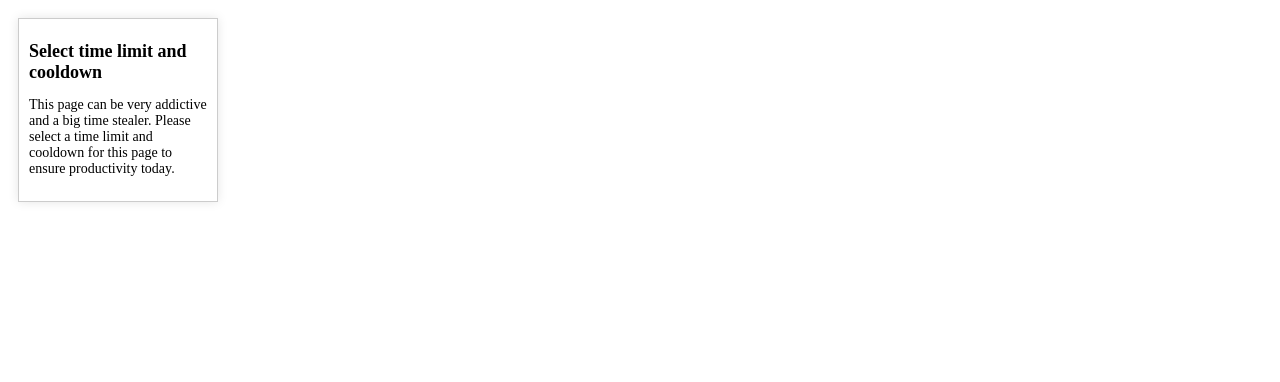
Repository: AndrlmMass/Time-management-chrome-extension
Page: popup2.html
An editor plug-in stored every save of this project. The page is shown before and after the next save, followed by the edit.
The browser window is 1280 px wide. The pictures show the whole page.

Above is the page before, as saved 2023-08-24 20:31:53.

### popup2.html
<!DOCTYPE html>
<html>
<head>
  <title>My Non-Closable Popup</title>
  <link rel="stylesheet" type="text/css" href="popup.css">
  <script src="popup.js"></script>
</head>
<body>
  <div id="popup-container">
    <h1>Select time limit and cooldown</h1>
    <p>This page can be very addictive and a big time stealer. Please select a time limit and cooldown for this page to ensure productivity today.</p>
    <button id="close-button">Close</button>
  </div>
</body>
</html>

### popup.css
body {
  width: 200px;
  padding: 10px;
}

#popup-container {
  padding: 10px;
  background-color: #fff;
  border: 1px solid #ccc;
  box-shadow: 0 0 10px rgba(0, 0, 0, 0.1);
}

h1 {
  font-size: 18px;
  margin-bottom: 10px;
}

p {
  font-size: 14px;
}

#close-button {
  margin-top: 10px;
  display: none;
}

### popup.js
document.addEventListener("DOMContentLoaded", function () {
  var closeButton = document.querySelector(".popup-close");
  var popupContainer = document.getElementById("popup-container");
  });

After the next save:
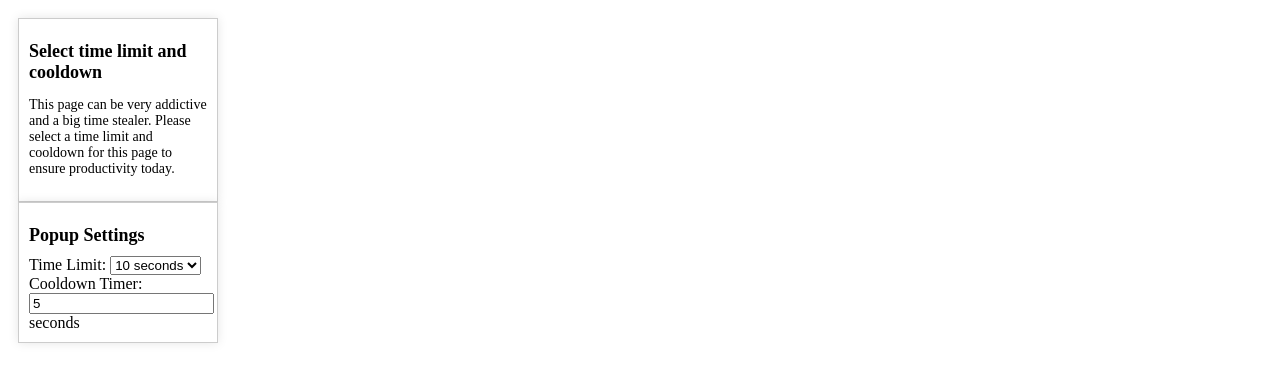
Saved 2 min 9 s later.
--- a/popup2.html
+++ b/popup2.html
@@ -13,3 +13,27 @@
   </div>
 </body>
 </html>
+
+<!DOCTYPE html>
+<html>
+<head>
+  <title>My Extension Popup</title>
+  <link rel="stylesheet" type="text/css" href="popup.css">
+  <script src="popup.js"></script>
+</head>
+<body>
+  <div id="popup-container">
+    <h1>Popup Settings</h1>
+    <label for="time-limit">Time Limit:</label>
+    <select id="time-limit" name="time-limit">
+      <option value="10">10 seconds</option>
+      <option value="30">30 seconds</option>
+      <option value="60">1 minute</option>
+      <!-- Add more options as needed -->
+    </select>
+    <br>
+    <label for="cooldown">Cooldown Timer:</label>
+    <input type="number" id="cooldown" name="cooldown" min="1" value="5"> seconds
+  </div>
+</body>
+</html>
